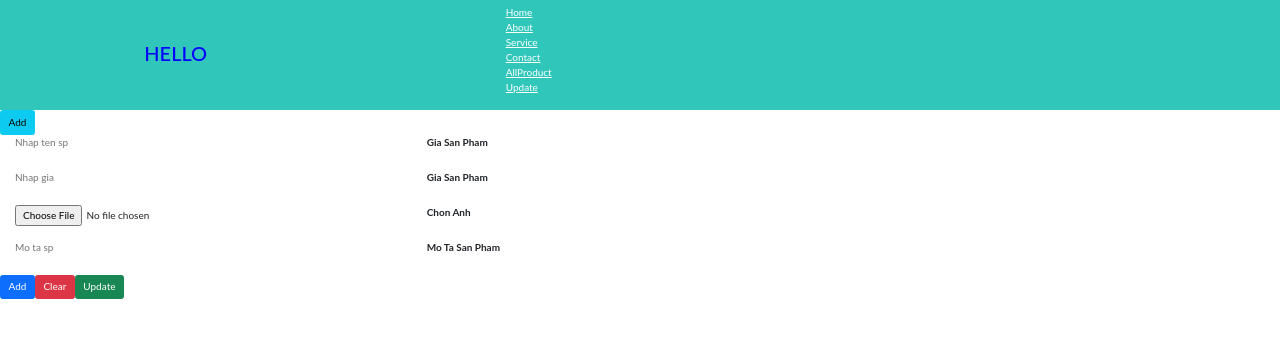
Repository: Hothidani/React
Page: /AllProduct (app in exa/my-react-router-A/)
The author's editor kept a copy of each file at every save. The page is drawn from the files as they stood at one save, then again after the next save.
The browser window is 1280 px wide. The pictures show the whole page.
The page's requests for data from a server got no answer. The project was rebuilt for these pictures with package versions that can differ from the ones it lists, and the page was loaded fresh each time. No one was signed in, and anything a server would have sent is missing. Also part of the build but not shown: exa/my-react-router-A/src/component/Navigation.js, exa/my-react-router-A/src/component/Home.js, exa/my-react-router-A/src/component/About.js, exa/my-react-router-A/src/component/Service.js, exa/my-react-router-A/src/component/Contact.js, exa/my-react-router-A/src/component/Add.js.

Above is the page before, as saved 2021-05-11 14:48:53.

### exa/my-react-router-A/public/index.html
<!DOCTYPE html>
<html lang="en">
  <head>
    <meta charset="utf-8" />
    <link rel="icon" href="%PUBLIC_URL%/favicon.ico" />
    <meta name="viewport" content="width=device-width, initial-scale=1" />
    <meta name="theme-color" content="#000000" />

    <meta
      name="description"
      content="Web site created using create-react-app"
    />
    <link rel="apple-touch-icon" href="%PUBLIC_URL%/logo192.png" />
    <!--
      manifest.json provides metadata used when your web app is installed on a
      user's mobile device or desktop. See https://developers.google.com/web/fundamentals/web-app-manifest/
    -->
    <link rel="manifest" href="%PUBLIC_URL%/manifest.json" />
    <link href="%PUBLIC_URL%/../../src/index.css">
    <link rel="stylesheet" href="https://maxcdn.bootstrapcdn.com/bootstrap/3.4.1/css/bootstrap.min.css">
    <script src="https://ajax.googleapis.com/ajax/libs/jquery/3.5.1/jquery.min.js"></script>
    <script src="https://maxcdn.bootstrapcdn.com/bootstrap/3.4.1/js/bootstrap.min.js"></script>
    <!--
      Notice the use of %PUBLIC_URL% in the tags above.
      It will be replaced with the URL of the `public` folder during the build.
      Only files inside the `public` folder can be referenced from the HTML.

      Unlike "/favicon.ico" or "favicon.ico", "%PUBLIC_URL%/favicon.ico" will
      work correctly both with client-side routing and a non-root public URL.
      Learn how to configure a non-root public URL by running `npm run build`.
    -->
    <title>React App</title>
  </head>
  <body>
    <noscript>You need to enable JavaScript to run this app.</noscript>
    <div id="root"></div>
    <!--
      This HTML file is a template.
      If you open it directly in the browser, you will see an empty page.

      You can add webfonts, meta tags, or analytics to this file.
      The build step will place the bundled scripts into the <body> tag.

      To begin the development, run `npm start` or `yarn start`.
      To create a production bundle, use `npm run build` or `yarn build`.
    -->
  </body>
</html>

### exa/my-react-router-A/src/index.js
import React from 'react';
import ReactDOM from 'react-dom';
import App from "./App";
// import AddForm from './App';
import reportWebVitals from './reportWebVitals';

ReactDOM.render(
  <React.StrictMode>
    <App></App>
  </React.StrictMode>,
  document.getElementById('root')
);

// If you want to start measuring performance in your app, pass a function
// to log results (for example: reportWebVitals(console.log))
// or send to an analytics endpoint. Learn more: https://bit.ly/CRA-vitals
reportWebVitals();

### exa/my-react-router-A/src/App.js
import React, { Component } from 'react';
import './App.css';
import './css.css';

import { BrowserRouter as Router, Route, NavLink, Link, Switch } from 'react-router-dom';
import Routers from './component/Routes';


const colorWord = { color: 'White' }
class App extends Component {
  render() {
    return (
      <Router>
{/* className="d-inline" */}
        <nav>
          <h2>HELLO</h2>
          <ul className="nav-link">
            <li ><Link to="/" style={colorWord}>Home</Link></li>
            <li ><Link to="/About" style={colorWord} >About</Link></li>
            <li > <Link to="/Service" style={colorWord}>Service</Link></li>
            <li > <Link to="/Contact" style={colorWord}>Contact</Link></li>
            <li > <Link to="/AllProduct" style={colorWord}>AllProduct</Link></li>
            <li > <Link to="/Update" style={colorWord}>Update</Link></li>
          </ul>
        </nav>
        <Switch>
          {this.showContentMenu(Routers)}
        </Switch>

      </Router>
    );

  }
  showContentMenu = (Routers) => {
    var result = null;
    if (Routers.length > 0) {
      result = Routers.map((route, index) => {
        return (

          <Route key={index} path={route.path} exact={route.exact} component={route.main} />
        );
      });
    }
    return result;
  }

}

export default App;

### exa/my-react-router-A/src/App.css
.App {
  text-align: center;
}

nav{
  display: flex;
  justify-content: space-around;
  align-items: center;
  min-height: 10vh;
  background: rgb(48, 199, 186);
  color:blue;
}

.nav-link{
  width: 50%;
  display: flex;
  align-items: center;
  justify-content: space-around;
  list-style: none;
  color: black;
}



/* .row{
  display: flex;
  align-items: center;
} */

### exa/my-react-router-A/src/css.css
* {
    padding: 0;
    margin: 0;
    border: none;
    font-family: 'Lato', sans-serif;
    box-sizing: border-box;
}

html {
    background-color: white;
    text-rendering: optimizeLegibility;
}

.clearfix::after {
    content: "";
    display: table;
    clear: both;
}

.form-control {
    border-radius: 40px;
    border-top-left-radius: 40px;
    border-top-right-radius: 40px;
    border-bottom-right-radius: 40px;
    border-bottom-left-radius: 40px;
}

.content-input {
    width: 500px;
    /* background: #00FFFF; */
}

.content-input-flex {
    display: flex;
    justify-content: space-between;
}

.content-input-footer {
    font-size: 18px;
    display: flex;
    justify-content: center;
}

.footer-logo {
    display: flex;
    justify-content: center;
}

input[class=form-control] {
    background: transparent;
    -webkit-border-radius: 20px;
    -moz-border-radius: 20px;
    border-radius: 20px;
    border: 1px solid none;
    color: #BB0000;
    width: 100%;
    padding-left: 10px;
}

input[class=form-control]:focus {
    outline: none;
    background: #99FFFF;
    border: 1px solid #2da8d9;
    color: #f33838;
}

input[class=form-control]:hover {
    background: #CCFFFF;
    border: 1px solid #2da8d9;
}

.content-input-wrap {
    border-radius: 10px;
    border: rgb(120, 199, 223);
    background-color: rgba(156, 212, 210, 0.4);
    position: relative;
    color: rgba(255, 255, 255, 0.2);
    /* box-shadow: 0px 20px 20px rgb(0 0 0 / 10%), 0px 30px 26px rgb(0 0 0 / 10%); */
}

.content-input-wrap h3 {
    font-weight: 300;
    color: #2da8d9;
}

.content-input-wrap .social {
    width: 100%;
}

.content-input-wrap .social a {
    width: 100%;
    display: block;
    border: 1px solid #00FFFF;
    color: rgba(243, 75, 9, 0.2);
    background: #99CCFF;
}

.content-input-wrap .social a:hover {
    background: rgba(214, 106, 5, 0.2);
    color: rgba(255, 255, 255, 0.2);
    border-color: #00FFFF;
}

.buttonn{
    display: flex;
    justify-content: space-around;
    align-items: center;
    min-width: 5%;

}

### exa/my-react-router-A/src/component/Routes.js
import React from 'react';
import {BrowserRouter as Router, Route} from 'react-router-dom';
import Navigation from './Navigation';
import Home from './Home'
import About from './About';
import Service from './Service';
import Contact from './Contact';
import AllProduct from './AllProduct';
import Update from './AllProduct';
import Add from './Add';

const Routers = [
	{
		path : '/',
		exact : true,
		main : ()=> <Home />
	},
	{
		path : '/About',
		exact : true,
		main : ({match})=> <About match={match} />
	},
    {
		path : '/Contact',
		exact : true,
		main : ({match})=> <Contact match={match} />
	}
		,
		  {
			path : '/Service',
			exact : true,
			main : ({match})=> <Service match={match} />
		},
		{
		  path : '/AllProduct',
		  exact : true,
		  main : ({match})=> <AllProduct match={match} />
	  }
	  ,
	  {
		path : '/Add',
		exact : true,
		main : ({match})=> <Add match={match} />
	}
	,
	{
	  path : '/Update',
	  exact : true,
	  main : ({match})=> <Update match={match} />
  }


]

export default Routers

### exa/my-react-router-A/src/component/AllProduct.js
// import React, { Component } from 'react';
// import axios from 'axios';
// import Add from './Add';
// import 'bootstrap/dist/css/bootstrap.min.css';


// import { NavLink } from 'react-router-dom';
// class AllProduct extends Component {
//     constructor(props) {
//         super(props);
//         this.state = {
//             product: []
//         }

//     }
//     componentDidMount() {
//         axios({
//             method: 'GET',
//             url: ' https://6093b5e8a7e53a001795161e.mockapi.io/Products',
//             data: null
//         }).then(res => {
//             this.setState({
//                 product: res.data
//             });
//         }).catch(err => {
//         });
//     }




//     // render() {
//     //     return (
//     //       <div className="row">
//     //         {this.state.product.map(element => {
//     //           return (
//     //             <div className="col-3">
//     //               <div className="card" style={{ width: '500', height: '300' }}>

//     //                 <div className="container">
//     //                   <h4><b>{element.id}</b></h4>
//     //                   <b>  {element.product_name}</b>
//     //                   <div class="spacing">
//     //                     <p>Type</p>

//     //                     <img  src={element.product_pic}   width={300} height={200}></img>
//     //                   </div>
//     //                   <div class="spacing">
//     //                     <p>Area</p>
//     //                     <p>{element.price}</p>
//     //                   </div>

//     //                   <div style={{ display: 'flex' }}> <button style={{ width: '300px' }} type="button" class="btn btn-primary" onClick={this.handleBuy}>ADD</button>
//     //                   </div>

//     //                 </div>
//     //               </div>
//     //             </div>
//     //           );
//     //         })}
//     //       </div>
//     //     );
//     //   }
//     // }

//     // componentWillUpdate() {
//     //     if (this.state.sort === true) {
//     //         axios({
//     //             method: 'GET',
//     //             url: 'http://localhost:3000/products?_sort=price&_order=asc&_limit=4',
//     //             data: null
//     //         }).then(res => {
//     //             this.setState({
//     //                 product: res.data
//     //             });
//     //         }).catch(err => {
//     //         });
//     //     } else {
//     //         axios({
//     //             method: 'GET',
//     //             url: 'http://localhost:3000/products?_sort=price&_order=desc&_limit=4',
//     //             data: null
//     //         }).then(res => {
//     //             this.setState({
//     //                 product: res.data
//     //             });
//     //         }).catch(err => {
//     //         });
//     //     }

//     // }

//     Low = () => {
//         this.setState({
//             sort: true
//         });
//     }

//     High = () => {
//         this.setState({
//             sort: false
//         });
//     }

//     onChange = (event) => {
//         var target = event.target;
//         var name = target.name;
//         var value = target.value;
//         this.setState({
//             [name]: value
//         });
//     }

// delete(e) {
// 	e.preventDefault();
//     if(window.confirm('Are you sure?'))
// {
//     fetch('https://6093b5e8a7e53a001795161e.mockapi.io/Products' + e,{
//         method:'DELETE',
//         headers:{'OK':'aplication/json',
//         'Content-Type':'aplication/json'
//     }
//     })
// }
// 	axios.delete('https://6093b5e8a7e53a001795161e.mockapi.io/Products')
// 	.then(res => console.log(res.data));
// }


//     render() {
//         var { product, keyword } = this.state;
//         return (
//             <div>

//                                          <div className="d-inline">
//                                             <NavLink to={`/Add`} >
//                                                 <button className="btn btn-info ">Add <i className="fa fa-chevron-right" /></button>
//                                                 <div className="clearfix" />
//                                             </NavLink>
//                                         </div>
//                 {this.state.product.map((product) => {
//                     return (
//                         <React.Fragment>
//                             <div className="col-sm-3 mt-4 row ">
//                                 <div className="single-item">
//                                     <div className="ribbon-wrapper">
//                                         <div className="ribbon sale">San Pham: {product.id}</div>
//                                         <div className="ribbon sale">Mo Ta: {product.describe}</div>
//                                     </div>
//                                     <div className="single-item-header">
//                                         <a><img src={product.product_pic} alt="" height="300" width="500" /></a>
//                                     </div>
//                                     <div className="single-item-body">
//                                         <p className="single-item-title text-center text-danger t">{product.product_name}</p>
//                                         <p className="single-item-price text-center">
//                                             <span className="mb-3 t">Gia: ${product.price}</span>
//                                         </p>
//                                     </div>
//                                     <div className="single-item-caption mt-1 ml-5">
//                                         <a className="add-to-cart pull-left"><i className="fa fa-shopping-cart" /></a>

//                                         <button type="submit" className="btn btn-primary  " onclick={this.onSubmit}>Update</button>
//                                         <button type="submit" onclick={this.delete} className="btn btn-danger">Delete</button>
//                                         <NavLink to="/AllProduct" className="btn btn-success">View</NavLink>
//                                         {/* <NavLink to="/AllProduct" className="btn btn-success">View</NavLink>
//                                          <div className="d-inline">
//                                             <NavLink to={`/Add`} >
//                                                 <button className="btn btn-info ">Add <i className="fa fa-chevron-right" /></button>
//                                                 <div className="clearfix" />
//                                             </NavLink>
//                                         </div> */}
//                                         {/*
//                                         <div className="d-inline">
//                                             <NavLink to={`/products/${product.id}/productdetail`}  >
//                                                 <button className="btn btn-info ">Details <i className="fa fa-chevron-right" /></button>
//                                                 <div className="clearfix" />
//                                             </NavLink>
//                                         </div> */}
//                                     </div>
//                                 </div>
//                             </div>
//                         </React.Fragment>
//                     );
//                 })}
//             </div>


//         );
//     }
// }



// export default AllProduct;


 import { NavLink } from 'react-router-dom';
 import 'bootstrap/dist/css/bootstrap.min.css';


import React, { Component } from 'react';
import axios from 'axios';
import { toast } from 'react-toastify';
//import { toast } from 'react-toastify';

class AllProduct extends Component {
    constructor(props) {
        super(props)
        this.state = {
            products: [],
            id: '',
            product_name: '',
            price: '',
            describe: '',
            product_pic:''
        }
    }

    onChange = (event) => {
        var target = event.target;
        var nam = target.name;
        var value = target.value;
        var type =target.type;
        if(type === 'file')
        {
            value = this.product_pic.value.replace(/C:\\fakepath\\/i,"./Images/");
        }
        this.setState({
            [nam]: value
        });
    }

    onClear = () => {
        this.setState({
            id: '',
            product_name: '',
            price: '',
            describe: '',
            product_pic:''
        });
    }

    // Update= ()=>{
    //     // let data = this.state.products;
    //     // data.map((item,index)=>{
    //     //     if(this.state.id===item.id){
    //     //         alert ("Id: "+item.id);
    //     //         item.product_name= this.state.product_name;
    //     //         item.product_pic= this.state.product_pic;
    //     //         item.price = parseInt(this.state.price);
    //     //         item.describe= this.state.describe;
    //             axios({
    //                 method: 'PUT',
    //                 url:`http://localhost:3000/Products/${item.id}`,
    //                 data:{
    //                     product_name: this.state.product_name,
    //                     product_pic: this.state.product_pic,
    //                     price: this.state.price,
    //                     describe: this.state.describe
    //                 }
    //             }).then (res =>{
    //                 this.setState({
    //                     products:data,
    //                     id: '',
    //                     product_name: '',
    //                     price: '',
    //                     describe: '',
    //                     product_pic:''
    //                 })
    //                  res.data = this.state.products;
    //              }).catch(err =>
    //                 {
    //                 })
    //         }
        //}
        // )      //set update items
        // this.setState({
        //     products:data,
        //     id: '',
        //     product_name: '',
        //     price: '',
        //     describe: '',
        //     product_pic:'',
        //
        //  })
       //}
    onEdit = (id) => {
        id.preventDefault();
        const pro = {
        product_name: this.state.product_name,
		product_pic: this.state.product_pic,
        price: this.state.price,
        describe: this.state.describe
        };
        axios({
            method: 'PUT',
            url: `http://localhost:3000/Products/${id}`,
            data: pro
        }).then(res => {
           res.data = pro;
           alert("Đã sửa sản phẩm thành công")
        }).catch(err => {
        });
    }
    onSave = (event) => {
        event.preventDefault();
        const pro = {
        product_name: this.state.product_name,
		product_pic: this.state.product_pic,
        price: this.state.price,
        describe: this.state.describe
        };
        axios({
            method: 'POST',
            url: `http://localhost:3000/Products`,
            data: pro
        }).then(res => {
           res.data = pro;
           alert("Đã thêm một sản phẩm thành công")
        }).catch(err => {
        });
       /* axios.post(`https://6093b5e8a7e53a001795161e.mockapi.io/Products`, pro)
            .then(res => {
                alert("Đã thêm một sản phẩm thành công")
                console.log(res);
                console.log(res.data);
            })
        this.state.products.push(pro);*/
    }

    componentDidMount() {
        axios({
            method: 'GET',
            url: '  http://localhost:3000/Products',
            data: null
        }).then(res => {
            this.setState({
                products: res.data
            });
        }).catch(err => {
        });
    }




    onDelete = (id) => {
        alert ("Delete");
        this.setState({
          products:this.state.products.filter(item=>item.id!=id)
        })
       axios({
          method: 'DELETE',
          url:`http://localhost:3000/Products/${id}`,
      }).then (res =>{
          console.log(res);
          console.log(res.data);
      }).catch(err =>{
      })
      }

    render() {
        return (
            <React.Fragment>
                <div>
                <div className="d-inline">
                                           <NavLink to={`/Add`} >
                                                <button className="btn btn-info ">Add <i className="fa fa-chevron-right" /></button>
                                               <div className="clearfix" />
                                           </NavLink >
               </div>
                    <div>
                    <form onSubmit={this.onSave}>
                    <div className="form-group">
                        <label  >Gia San Pham</label>
                        <input name="product_name" type="text" className="col-sm-4"   placeholder="Nhap ten sp"  onChange={this.onChange} />
                    </div>
                    <div className="form-group">
                        <label  >Gia San Pham</label>
                        <input name="price" type="number" className="col-sm-4"   placeholder="Nhap gia"  onChange={this.onChange}/>
                    </div>
                    <div className="form-group">
                        <label  >Chon Anh</label>
                        <input name="product_pic" ref={(input) =>{this.product_pic= input}} type="file" className="col-sm-4"  placeholder="" onChange={this.onChange} />
                    </div>
                    <div className="form-group">
                        <label  >Mo Ta San Pham</label>
                        <input name="describe" type="text" className="col-sm-4" id="motasp" placeholder="Mo ta sp" onChange={this.onChange}  />
                    </div>
                    <button type="submit"  className="btn btn-primary  ">Add</button>
                    <button type="button" onclick={this.onClear} className="btn btn-danger">Clear</button>
                    <button type="button" onClick={this.onUpdate}  className="btn btn-success">Update</button>

            </form>

                    </div>
                    {this.state.products.map(element => {
                        return (
                            <div>
                                <p>{element.id}</p>
                                <p>{element.product_name}</p>
                                <p>{element.price}</p>
                                <p>{element.describe}</p>
                                <img src={element.product_pic} alt="" height="300" width="500" />
                                <div>
                                    <NavLink to={`/Update`} >
                                                <button className="btn btn-info ">Edit </button>
                                               <div className="clearfix" />
                                           </NavLink >
                                    <NavLink to =" /Update" type="button" onClick={this.onEdit}  className="btn btn-success">Update</NavLink>
                                    <button type="button" onClick={this.onEdit}  className="btn btn-success">Edit</button>
                                    <button type="button"  onClick={()=>this.onDelete(element.id)} className="btn btn-danger">Delete</button>
                                </div>
                            </div>
                        );
                    })}
                </div>
            </React.Fragment>
        );
    }
}

class Update extends Component {
    render() {
        return (
            <React.Fragment>
                <div>
                <form onSubmit={this.onEdit}>
                    <div className="form-group">
                        <label  >Gia San Pham</label>
                        <input name="product_name" type="text" className="col-sm-4"   placeholder="Nhap ten sp"  onChange={this.onChange} />
                    </div>
                    <div className="form-group">
                        <label  >Gia San Pham</label>
                        <input name="price" type="number" className="col-sm-4"   placeholder="Nhap gia"  onChange={this.onChange}/>
                    </div>
                    <div className="form-group">
                        <label  >Chon Anh</label>
                        <input name="product_pic" ref={(input) =>{this.product_pic= input}} type="file" className="col-sm-4"  placeholder="" onChange={this.onChange} />
                    </div>
                    <div className="form-group">
                        <label  >Mo Ta San Pham</label>
                        <input name="describe" type="text" className="col-sm-4" id="motasp" placeholder="Mo ta sp" onChange={this.onChange}  />
                    </div>
                    <button type="submit"  className="btn btn-primary  ">Save</button>

            </form>
                </div>
            </React.Fragment>
        );
    }
}

export default AllProduct;

Loaded but not shown: exa/my-react-router-A/src/reportWebVitals.js (common file)

After the next save:
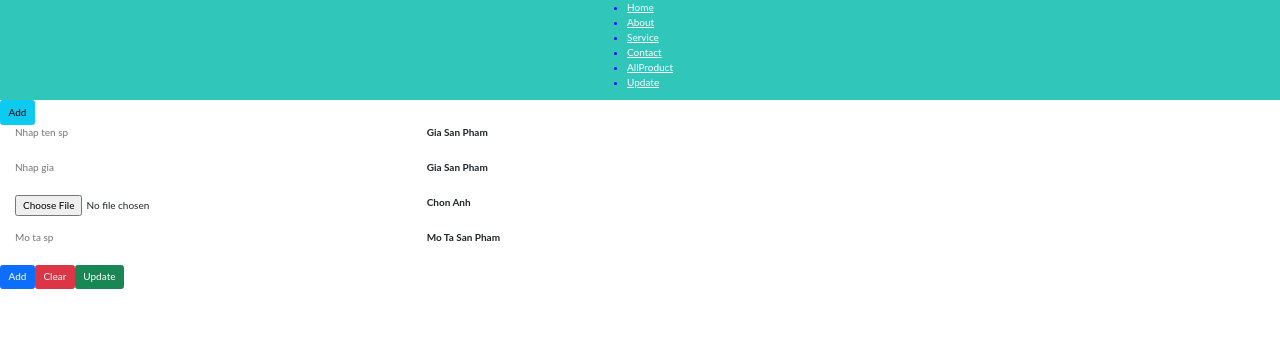
Saved 10 min 3 s later.
--- a/exa/my-react-router-A/src/App.js
+++ b/exa/my-react-router-A/src/App.js
@@ -13,8 +13,7 @@ class App extends Component {
       <Router>
 {/* className="d-inline" */}
         <nav>
-          <h2>HELLO</h2>
-          <ul className="nav-link">
+          <ul >
             <li ><Link to="/" style={colorWord}>Home</Link></li>
             <li ><Link to="/About" style={colorWord} >About</Link></li>
             <li > <Link to="/Service" style={colorWord}>Service</Link></li>
